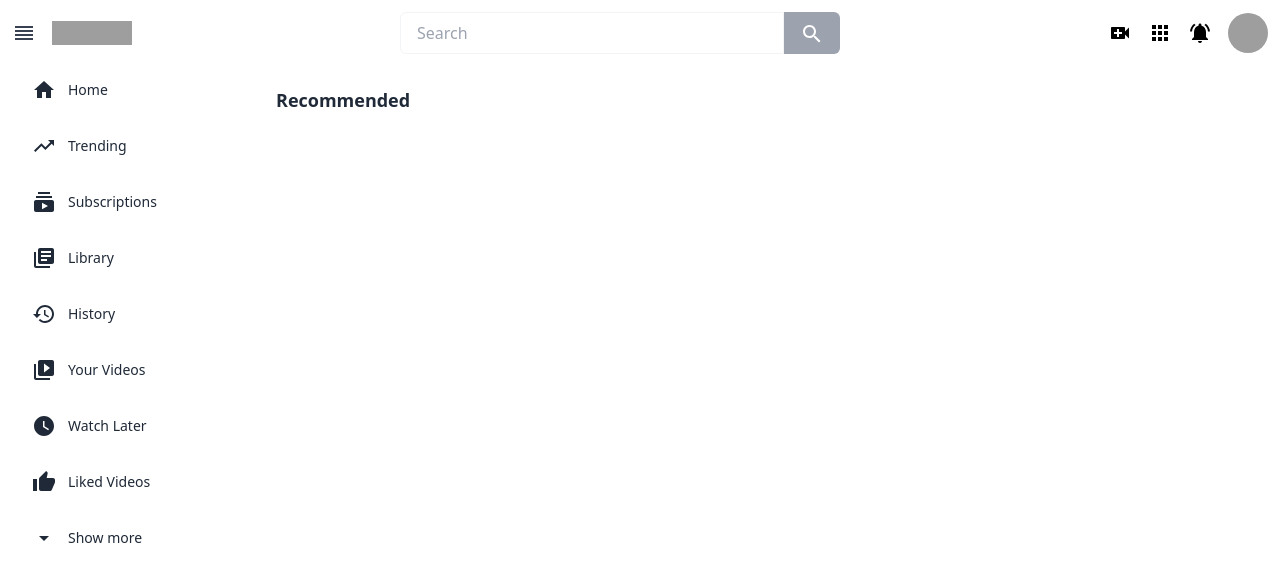
Repository: Shamraiz761/Youtube-clone
Page: /
The author's editor kept a copy of each file at every save. The page is drawn from the files as they stood at one save, then again after a run of saves.
The browser window is 1280 px wide. The pictures show the whole page.
Pictures or frames that could not be fetched are drawn as grey boxes. The project was rebuilt for these pictures with package versions that can differ from the ones it lists, and the page was loaded fresh each time. Also part of the build but not shown: vite.config.js.

Above is the page before, as saved 2024-01-19 22:24:58.

### src/App.jsx

import React from 'react';
import Home from './pages/home/Home';
function App() {
  return (
    <div>
      <Home />
    </div>
  );
}

export default App;

### src/pages/home/Home.jsx
import React from "react";
import Navbar from "../../components/header/Navbar";
import Sidebar from "../../components/sidebar/Sidebar";
import RecommendedVideo from "../../components/video/RecommendedVideo";

function Home() {
  return (
    <div>
      <Navbar />
      <div className="flex">
      <Sidebar />
      <RecommendedVideo />
      </div>
    </div>
  );
}

export default Home;

### src/components/header/Navbar.jsx
import React from "react";
import ReorderIcon from "@material-ui/icons/Reorder";
import VideoCallIcon from "@material-ui/icons/VideoCall";
import AppsIcon from "@material-ui/icons/Apps";
import NotificationsActiveIcon from "@material-ui/icons/NotificationsActive";
import SearchIcon from '@material-ui/icons/Search';
const Navbar = () => {
  return (
    <nav className="p-3 sticky top-0 z-96 bg-white">
      <div className="container mx-auto flex flex-wrap justify-between items-center">
        {/* Logo */}
        <div className="text-white font-bold text-xl flex items-center flex-row">
          <ReorderIcon className="mr-4 size-5 text-gray-700 " />
          <img
            className="w-10 h-4 sm:w-20 sm:h-6"
            src="https://upload.wikimedia.org/wikipedia/commons/thumb/e/e1/Logo_of_YouTube_%282015-2017%29.svg/2560px-Logo_of_YouTube_%282015-2017%29.svg.png"
          />
        </div>

        {/* Search bar */}
        <div className="flex items-center">
          <input
            type="text"
            placeholder="Search"
            className="p-1 md:px-4 md:py-2 rounded-l-md border border-gray-100 focus:outline-none w-32 md:w-96"
          />
          <button className="bg-gray-400 p-1  md:px-4 md:py-2 rounded-r-md text-white">
            <SearchIcon />
          </button>
        </div>

        {/* User profile */}
        <div className="flex items-center flex-row space-x-2 md:space-x-4">
          <VideoCallIcon />
          <AppsIcon />
          <NotificationsActiveIcon />
          <img
          className="w-10 h-10 rounded-full"
          src="https://encrypted-tbn0.gstatic.com/images?q=tbn:ANd9GcT5e22dr8y5uGoiuiPB5wwHR3v8v43srFH0SUokZVWJug&s" />
        </div>
      </div>
    </nav>
  );
};

export default Navbar;

### src/components/sidebar/Sidebar.jsx
import TrendingUpIcon from '@material-ui/icons/TrendingUp';
import History from '@material-ui/icons/History';
import SubscriptionsIcon from '@material-ui/icons/Subscriptions';
import Home from '@material-ui/icons/Home';
import { Link } from 'react-router-dom';
import LibraryBooksIcon from '@material-ui/icons/LibraryBooks';
import VideoLibraryIcon from '@material-ui/icons/VideoLibrary';
import WatchLaterIcon from '@material-ui/icons/WatchLater';
import ThumbUpIcon from '@material-ui/icons/ThumbUp';
import ArrowDropDownIcon from '@material-ui/icons/ArrowDropDown';
import React from 'react';

const Sidebar = () => {
    const data = [
        {
            id: 1,
            title: 'Home',
            icon: <Home className='mr-3 hover:text-red-600'/>,
        },
        {
            id: 2,
            title: 'Trending',
            icon: <TrendingUpIcon className='mr-3 hover:text-red-600'/>,
        },
        {
            id: 3,
            title: 'Subscriptions',
            icon: <SubscriptionsIcon className='mr-3 hover:text-red-600'/>,
        },
        {
            id: 4,
            title: 'Library',
            icon: <LibraryBooksIcon className='mr-3 hover:text-red-600'/>,
        },
        {
            id: 5,
            title: 'History',
            icon: <History className='mr-3 hover:text-red-600'/>,
        },
        {
            id: 6,
            title: 'Your Videos',
            icon: <VideoLibraryIcon className='mr-3 hover:text-red-600'/>,
        },
        {
            id: 7,
            title: 'Watch Later',
            icon: <WatchLaterIcon className='mr-3 hover:text-red-600'/>,
        },
        {
            id: 8,
            title: 'Liked Videos',
            icon: <ThumbUpIcon className='mr-3 hover:text-red-600'/>,
        },
        {
            id: 9,
            title: 'Show more',
            icon: <ArrowDropDownIcon className='mr-3 hover:text-red-600'/>,
        },

    ]
  return (
    <div className="text-gray-800 bg-white w-64 flex flex-col h-[89vh]">

      <div className="flex-grow">
        <ul className="space-y-2 overflow-auto ">
            {
                data.map((item) => (

                        <li className={`pl-8 py-3 hover:bg-gray-200 hover:text-red-600 cursor-pointer flex items-center text-sm font-medium `}>

                            {item.icon}
                            {item.title}
                        </li>

                ))
            }

        </ul>
      </div>


    </div>
  );
};

export default Sidebar;

### src/components/video/RecommendedVideo.jsx
import React from 'react'

function RecommendedVideo() {
  return (
    <div className='m-5 '>
      <h1 className='text-lg font-semibold text-gray-800'> Recommended</h1>
    </div>
  )
}

export default RecommendedVideo

Loaded but not shown: index.html (common file); src/main.jsx (common file); src/index.css (common file); tailwind.config.js (common file)

After the next 2 saves:
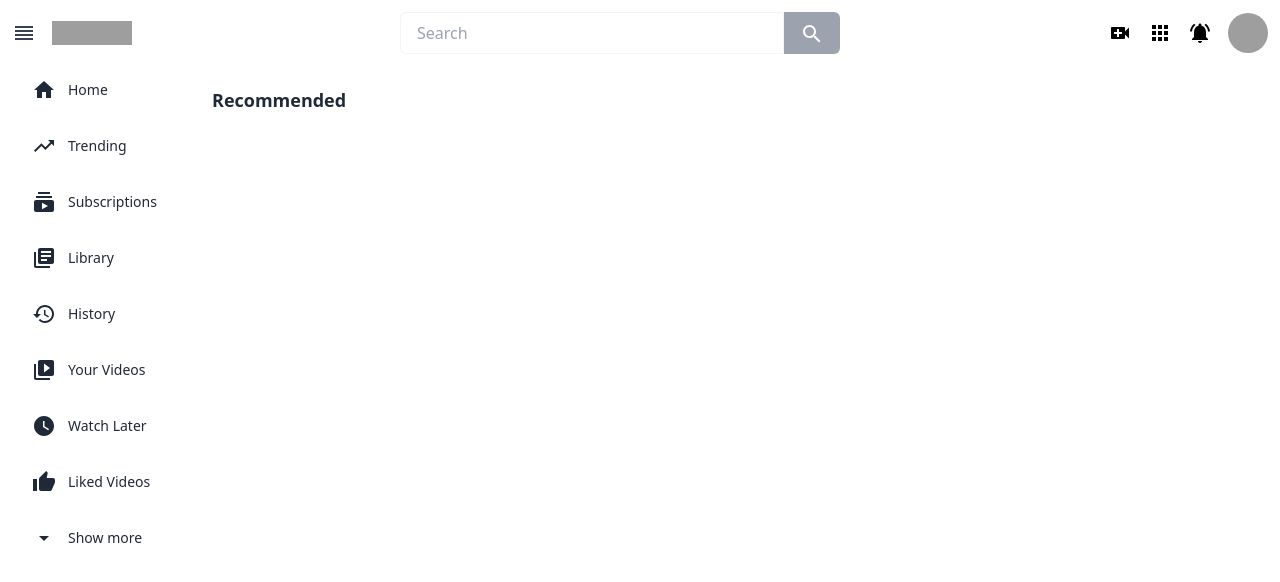
The 2 saves are shown as one change because they came seconds apart.
The last was saved 37 s later.
--- a/src/components/sidebar/Sidebar.jsx
+++ b/src/components/sidebar/Sidebar.jsx
@@ -60,7 +60,7 @@ const Sidebar = () => {
 
     ]
   return (
-    <div className="text-gray-800 bg-white w-64 flex flex-col h-[89vh]">
+    <div className="text-gray-800 bg-white w-48 flex flex-col h-[89vh]">
 
       <div className="flex-grow">
         <ul className="space-y-2 overflow-auto ">
